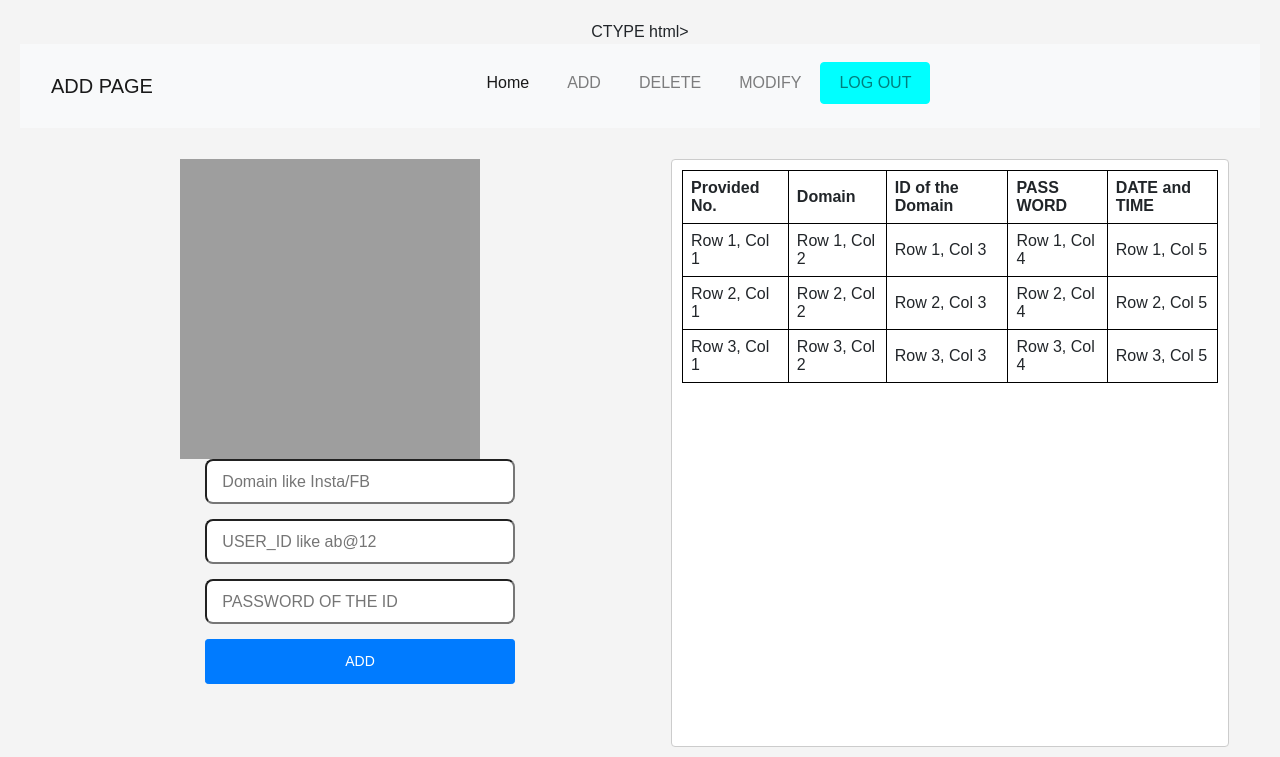
Repository: wizzy-abhishek/Projects
Page: http://localhost/Iam_Doing/Details_Action.jsp
These files come from the project's save history. The page is drawn as it stood at one moment and after the next save; the edit follows.
The browser window is 1280 px wide. The pictures show the whole page.
Pictures or frames that could not be fetched are drawn as grey boxes. Some web libraries are served in a nearby version. The page is served by Tomcat 10. Nobody is signed in. The application's start-up code is not run. Other server files are loaded and not shown.

Above is the page before, as saved 2024-06-28 14:21:00.

### Iam_Doing/src/main/webapp/Details_Action.jsp
<%@ page language="java" contentType="text/html; charset=UTF-8"
    pageEncoding="UTF-8"%>
<%@ page import="java.util.List" %>
<%@ page import="com.pojo.RealInfo" %>CTYPE html>
<html lang="en">
<head>
    <meta charset="UTF-8">
    <meta name="viewport" content="width=device-width, initial-scale=1.0">
    <link href="https://stackpath.bootstrapcdn.com/bootstrap/4.5.2/css/bootstrap.min.css" rel="stylesheet">
    <title>ADD DETAILS</title>
    <style>
        body {
            font-family: 'Arial', sans-serif;
            margin: 0;
            padding: 20px;
            display: flex;
            justify-content: center;
            align-items: flex-start;
            flex-wrap: wrap;
            height: 100vh;
            background-color: #f4f4f4;
        }

        .left-column, .right-column {
            width: 45%;
            margin: 2.5%;
        }

        .scrollable-table {
            overflow-y: auto;
            height: calc(90vh - 60px); /* Adjust if needed */
            border: 1px solid #ccc;
            border-radius: 4px;
            padding: 10px;
            background-color: #fff;
            margin-bottom: 10px; /* Reduced margin to create less space */
        }

        table {
            width: 100%;
            border-collapse: collapse;
        }

        table, th, td {
            border: 1px solid black;
        }

        th, td {
            padding: 8px;
            text-align: left;
        }

        form input, form button {
            display: block;
            width: 100%;
            margin-bottom: 10px;
            border-radius: 8px;
            margin-down : 10px ;
            margin-right : 20px;
            margin-top : 10px ;

        }

        .form-group {
            width: 250px;
            height : 60px ;
            margin: 0 auto;

        }

        .header text-center {
            width: 300px;
            height: 300px;
            margin: 15px auto;
            background-color: #ddd;
            border: 1px solid #ccc;
            display: flex;
            justify-content: center;
            align-items: center;
            font-size: 14px;
            color: #777;

        }

        .logout-btn {
            background-color: cyan !important;
            border-color: cyan !important;
        }

        @media (max-width: 768px) {
            .left-column, .right-column {
                width: 100%;
                order: 1;
            }

            .scrollable-table {
                height: auto;
            }
        }
    </style>
</head>
<body>
<nav class="navbar navbar-expand-lg navbar-light bg-light w-100">
  <div class="container-fluid">
    <a class="navbar-brand">ADD PAGE</a>
    <div class="collapse navbar-collapse" id="navbarNav">
      <ul class="navbar-nav mx-auto">
        <li class="nav-item">
          <form action="LoggedIn" method="post">
            <button type="submit" class="btn nav-link active" aria-current="page">Home</button>
          </form>
        </li>
        <li class="nav-item">
          <form action="Add_Details" method="post">
            <button type="submit" class="btn nav-link">ADD</button>
          </form>
        </li>
        <li class="nav-item">
          <form action="/option2" method="get">
            <button type="submit" class="btn nav-link">DELETE</button>
          </form>
        </li>
        <li class="nav-item">
          <form action="/option3" method="get">
            <button type="submit" class="btn nav-link">MODIFY</button>
          </form>
        </li>
        <li class="nav-item">
          <form action="Logout" method="post">
            <button type="submit" class="btn nav-link logout-btn">LOG OUT</button>
          </form>
        </li>
      </ul>
    </div>
  </div>
</nav>

<div class="left-column">
    <div class="header text-center">
    <img src="Superman.png" alt="Website Logo" height="300" width="300" >
    </div>


    <form action="Complete_ADD" method="post">
        <div class="form-group">
            <input type="text" name="Domain" placeholder=" &nbsp Domain like Insta/FB" required style="width: 310px; height : 45px ;margin: 0 auto;">
        </div>
        <div class="form-group">
            <input type="text" name="UserId_of_Domain" placeholder=" &nbsp USER_ID like ab@12" required  style="width: 310px; height : 45px ;margin: 0 auto; ">
        </div>
        <div class="form-group">
            <input type="text" name="Password_of_User_ID" placeholder=" &nbsp PASSWORD OF THE ID" required  style="width: 310px; height : 45px ; margin: 0 auto; ">
        </div>
        <div class="form-group">
            <button type="submit" class="btn btn-primary btn-sm"  style="width: 310px; height : 45px ; margin: 0 auto; ">ADD</button>
        </div>
    </form>
</div>
<hr>

<div class="right-column">
    <div class="scrollable-table">
        <table>
            <thead>
                <tr>
                    <th>Provided No.</th>
                    <th>Domain</th>
                    <th>ID of the Domain</th>
                    <th>PASS WORD</th>
                    <th>DATE and TIME</th>
                </tr>
            </thead>
            <tbody id="table-body">
                <%
                    List<RealInfo> realInfoList = (List<RealInfo>) request.getAttribute("realInfoList");
                    if (realInfoList != null) {
                        int providedNo = 1;
                        for (RealInfo info : realInfoList) {
                            %>
                            <tr>
                                <td><%= info.getId() %></td>
                                <td><%= info.getDomain() %></td>
                                <td><%= info.getUserID() %></td>
                                <td><%= info.getPassword() %></td>
                                <td><%= info.getAddDate() %></td>
                            </tr>
                            <%
                        }
                    }
                %>
            </tbody>
        </table>
    </div>
</div>


<script>
    // Sample data to demonstrate dynamic row addition
    const data = [
        ["Row 1, Col 1", "Row 1, Col 2", "Row 1, Col 3", "Row 1, Col 4", "Row 1, Col 5"],
        ["Row 2, Col 1", "Row 2, Col 2", "Row 2, Col 3", "Row 2, Col 4", "Row 2, Col 5"],
        ["Row 3, Col 1", "Row 3, Col 2", "Row 3, Col 3", "Row 3, Col 4", "Row 3, Col 5"]
    ];

    const tableBody = document.getElementById('table-body');

    data.forEach(rowData => {
        const row = document.createElement('tr');
        rowData.forEach(cellData => {
            const cell = document.createElement('td');
            cell.textContent = cellData;
            row.appendChild(cell);
        });
        tableBody.appendChild(row);
    });
</script>

<script src="https://code.jquery.com/jquery-3.5.1.slim.min.js"></script>
<script src="https://cdn.jsdelivr.net/npm/@popperjs/core@2.5.4/dist/umd/popper.min.js"></script>
<script src="https://stackpath.bootstrapcdn.com/bootstrap/4.5.2/js/bootstrap.min.js"></script>
</body>
</html>

After the next save:
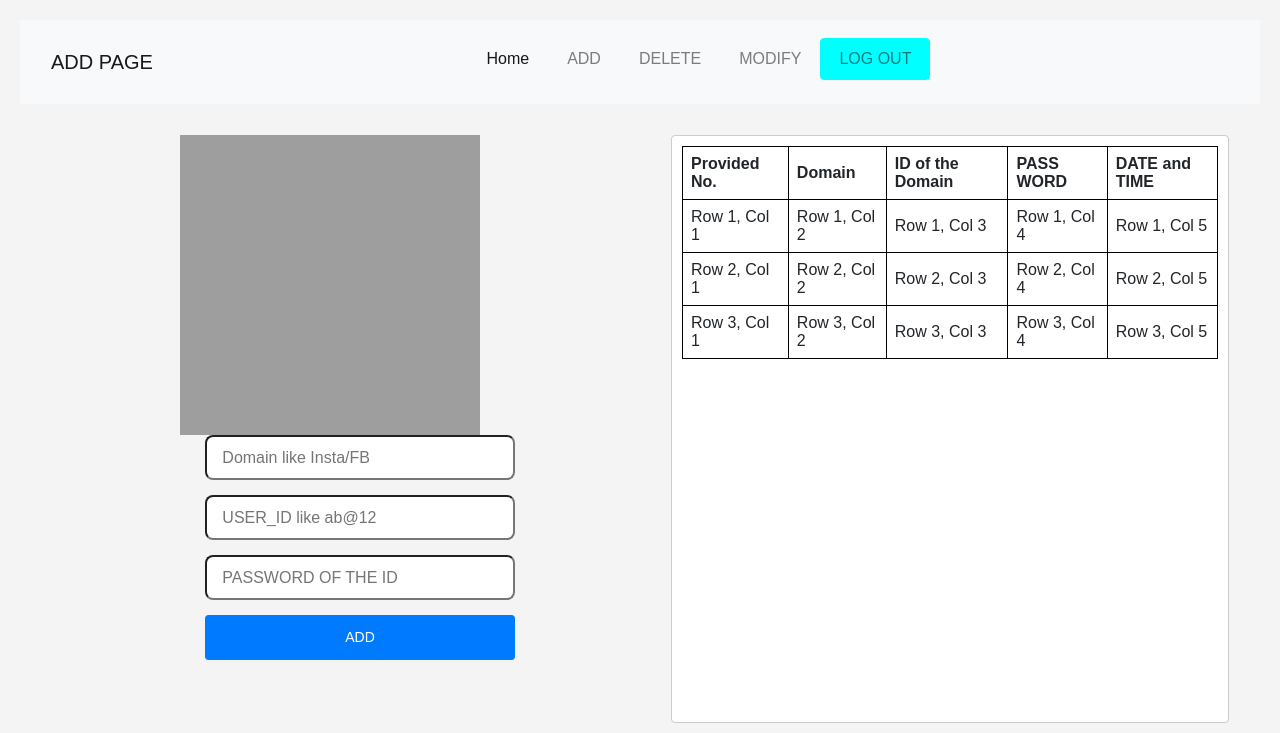
Saved 76 s later.
--- a/Iam_Doing/src/main/webapp/Details_Action.jsp
+++ b/Iam_Doing/src/main/webapp/Details_Action.jsp
@@ -1,7 +1,7 @@
 <%@ page language="java" contentType="text/html; charset=UTF-8"
     pageEncoding="UTF-8"%>
 <%@ page import="java.util.List" %>
-<%@ page import="com.pojo.RealInfo" %>CTYPE html>
+<%@ page import="com.pojo.RealInfo" %>
 <html lang="en">
 <head>
     <meta charset="UTF-8">
